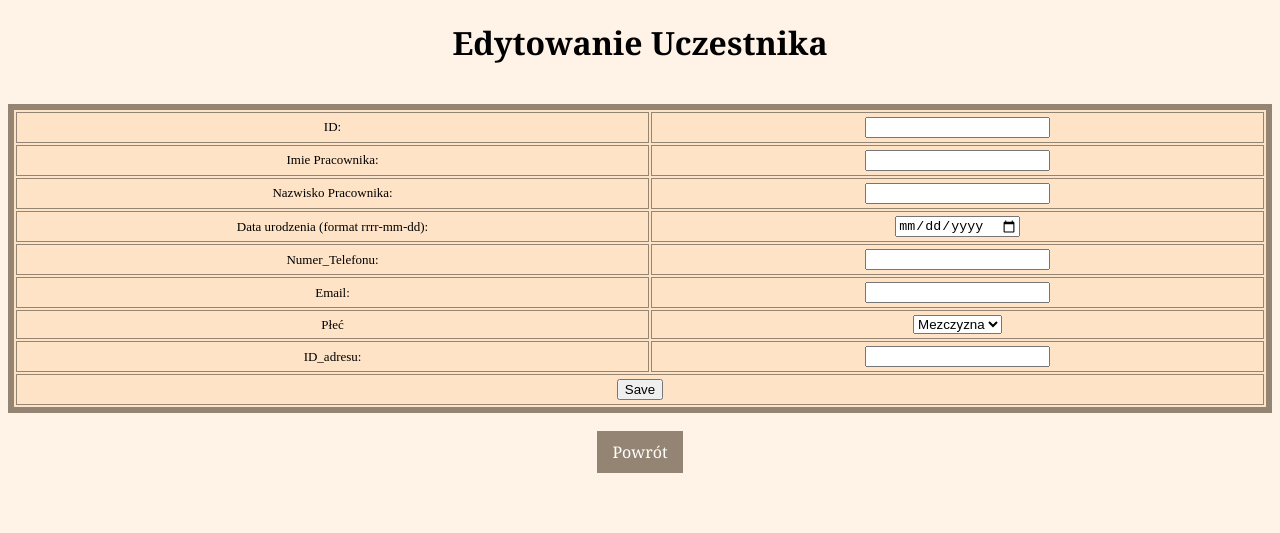
Repository: marcinRuta/houseOfCulture-crud-webapp-database
Page: http://localhost/edit_form_uczestnicy
An editor plug-in stored every save of this project. The page is shown before and after the next save, followed by the edit.
The browser window is 1280 px wide. The pictures show the whole page.
The page is this project's Thymeleaf template; nobody is signed in. The template is opened directly, without the code that normally fills it, so the values that code supplies are empty.

Above is the page before, as saved 2021-01-11 11:18:38.

### DomKultury/src/main/resources/templates/edit_form_uczestnicy.html
<!DOCTYPE html>
<html xmlns="http://www.w3.org/1999/xhtml"
	xmlns:th="http://www.thymeleaf.org">
<head>
<meta charset="UTF-8">
<link rel="stylesheet" href="../static/css/tabele.css" th:href="@{/css/tabele.css}" >
<title>Aplikacja do obsługi Domu Kultury</title>
</head>
<body>

	<div align="center">

		<!-- Page header -->
		<h1>Edytowanie Uczestnika</h1>

		<!-- End line/new line -->

		<br/>

		<form action="#" th:action="@{/updateU}" th:object="${EditUczestnicy}"
			method="post">

			<!-- Table -->
			<table class="cinereousTable">

				<tr>
					<td>ID:</td>
					<td><input type="text" th:field="*{ID_Uczestnika}"
						readonly="readonly"></td>

				</tr>
				<tr>
					<td>Imie Pracownika:</td>
					<td><input type="text" th:field="*{Imie}"></td>
				</tr>

				<!-- Table 2nd row -->

				<tr>
					<td>Nazwisko Pracownika:</td>
					<td><input type="text" th:field="*{Nazwisko}"></td>
				</tr>

				<!-- Table 3rd row -->

				<tr>
					<td>Data urodzenia (format rrrr-mm-dd):</td>
					<td><input type="date" th:field="*{Data_urodzenia}"></td>
				</tr>



				<!-- Table 5th row -->

				<tr>
					<td>Numer_Telefonu:</td>
					<td><input type="text" th:field="*{Numer_telefonu}"></td>
				</tr>

				<!-- Table 6th row -->

				<tr>
					<td>Email:</td>
					<td><input type="text" th:field="*{Email}"></td>
				</tr>

				<!-- Table 7th row -->

				<tr>
					<td>Płeć</td>
					<td><select th:field="*{Plec}">
							<option value="Mezczyzna">Mezczyzna</option>
							<option value="Kobieta">Kobieta</option>
					</select>
					</td>
				</tr>


				<!-- Table 10th row -->

				<tr>
					<td>ID_adresu:</td>
					<td><input type="text" th:field="*{ID_Adresu}"></td>
				</tr>

				<!-- Table 11th row -->






				<!--  Button for save -->
				<tr>
				<td colspan="2"><button type="submit">Save</button>
				</td>
				</tr>

			</table>
		</form>
		<br/>
				<!-- EXIT -->
				<a href="/P">Powrót</a>
	</div>

</body>
</html>

### DomKultury/src/main/resources/static/css/tabele.css

table.cinereousTable {
  border: 6px solid #948473;
  background-color: #FFE3C6;
  width: 100%;
  text-align: center;
}
table.cinereousTable td, table.cinereousTable th {
  border: 1px solid #948473;
  padding: 4px 4px;
}
table.cinereousTable tbody td {
  font-size: 13px;
}
table.cinereousTable thead {
  background: #948473;
  background: -moz-linear-gradient(top, #afa396 0%, #9e9081 66%, #948473 100%);
  background: -webkit-linear-gradient(top, #afa396 0%, #9e9081 66%, #948473 100%);
  background: linear-gradient(to bottom, #afa396 0%, #9e9081 66%, #948473 100%);
}
table.cinereousTable thead th {
  font-size: 17px;
  font-weight: bold;
  color: #F0F0F0;
  text-align: left;
  border-left: 2px solid #948473;
}
table.cinereousTable thead th:first-child {
  border-left: none;
}

table.cinereousTable tfoot td {
  font-size: 16px;
}

body {
  background-color: #FFF3E7;
}
h1 {
  color: black;
  font-family: Georgia, serif;
}
p {
  color: black;
}
a:link, a:visited {
  background-color: #948473;
  color: white;
  padding: 10px 15px;
  text-align: center;
  text-decoration: none;
  display: inline-block;
  font-family: Georgia, serif;
}

a:hover, a:active {
  background-color: 948473;
}
.button {
  background-color: #948473; /* Green */
  border: none;
  color: white;
  padding: 10px 14px;
  text-align: center;
  text-decoration: none;
  display: inline-block;
  font-size: 16px;
  font-family: Georgia, serif;
  transition-duration: 0.4s;
}

.button:hover {
 background-color: #3D362F ;
  border: none;
  color: white;
  padding: 10px 11px;
  text-align: center;
  text-decoration: none;
  display: inline-block;
  font-size: 16px;
  font-family: Georgia, serif;

}

After the next save:
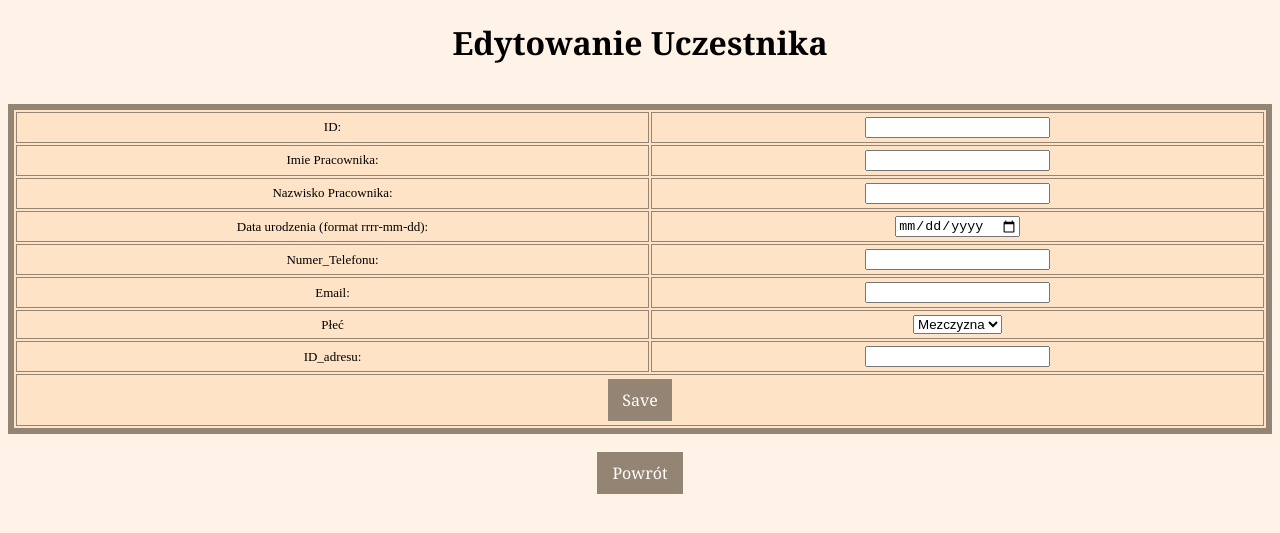
Saved 10 s later.
--- a/DomKultury/src/main/resources/templates/edit_form_uczestnicy.html
+++ b/DomKultury/src/main/resources/templates/edit_form_uczestnicy.html
@@ -92,7 +92,7 @@
 
 				<!--  Button for save -->
 				<tr>
-				<td colspan="2"><button type="submit">Save</button>
+				<td colspan="2"><button class="button" type="submit">Save</button>
 				</td>
 				</tr>
 
